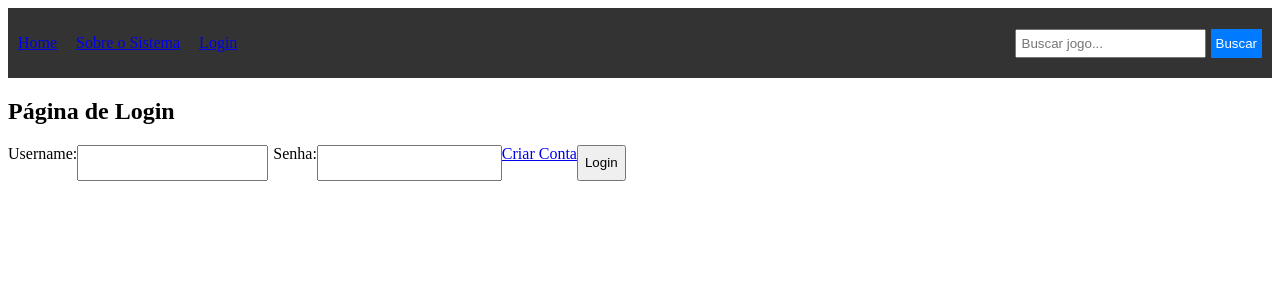
Repository: lucasparila/JogosEletronicos
Page: http://localhost/JogosEletronicos/view/login.jsp
These files come from the project's save history. The page is drawn as it stood at one moment and after the next save; the edit follows.
The browser window is 1280 px wide. The pictures show the whole page.
The page is served by Tomcat 9. Other server files are loaded and not shown.

Above is the page before, as saved 2025-05-17 18:10:04.

### JogosEletronicos/src/main/webapp/view/login.jsp
<%@ page contentType="text/html; charset=UTF-8" pageEncoding="UTF-8" %>
<!DOCTYPE html>
<html>
<head>
    <title>Cadastrar Jogo</title>
    <link rel="stylesheet" href="<%= request.getContextPath() %>/css/header.css">
</head>
<body>

<%
    String contextPath = ((HttpServletRequest) request).getContextPath();
%>

    <jsp:include page="header.jsp" />
    <h2 class="titulo-login">Página de Login</h2>

    <form class="form-login" action="<%= request.getContextPath() %>/login" method="post">
        <label>Username:</label>
        <input type="text" name="username" required><br><br> <!-- Correção aqui -->

        <label>Senha:</label>
        <input type="password" name="senha" required><br><br> <!-- Correção aqui -->

        <a href="<%= contextPath %>/view/criar-conta.jsp">Criar Conta</a>
        <input type="submit" value="Login">
    </form>

    <% String mensagem = (String) session.getAttribute("mensagem"); %>
<% if (mensagem != null) { %>
    <p style="color: red;"><%= mensagem %></p>
    <% session.removeAttribute("mensagem"); %> <!-- Remove após exibir -->
<% } %>
</body>
</html>

### JogosEletronicos/src/main/webapp/view/header.jsp
<%@ page contentType="text/html; charset=UTF-8" pageEncoding="UTF-8" session="true" %>
<!DOCTYPE html>
<html>
<head>
    <title>Header</title>
    <link rel="stylesheet" href="<%= request.getContextPath() %>/css/header.css">
</head>
<body>

<%
    String username = (String) session.getAttribute("username");
    String contextPath = request.getContextPath();
%>

<header>
    <nav>
        <ul>
            <li><a href="<%= contextPath %>/index.jsp">Home</a></li>
            <li><a href="<%= contextPath %>/view/sobre-sistema.jsp">Sobre o Sistema</a></li>

            <% if (username != null) { %>
                <li><p>Bem-vindo, <%= username %>!</p></li>
                <li><a href="<%= contextPath %>/logout">Sair</a></li>
            <% } else { %>
                <li><a href="<%= contextPath %>/view/login.jsp">Login</a></li>
            <% } %>
        </ul>
    </nav>

    <!-- Campo de busca -->
    <form action="<%= contextPath %>/buscar-jogo" method="post">
        <input type="text" name="titulo" placeholder="Buscar jogo..." required>
        <button type="submit">Buscar</button>
    </form>
</header>

</body>
</html>

### JogosEletronicos/src/main/webapp/css/header.css
header {
    background-color: #333;
    padding: 10px;
    display: flex;
    justify-content: space-between;
    align-items: center;
}
.saudacao{
	color: white;
    text-decoration: none;
    margin-left: 800px
}

.logout{
	color: white;
    text-decoration: none;
    margin-left: 900px
}
nav ul {
    list-style: none;
    padding: 0;
}
nav ul li {
    display: inline;
    margin-right: 15px;
}
nav ul li a p {
    color: white;
    text-decoration: none;
}
form {
    display: flex;
}
input[type="text"] {
    padding: 5px;
    margin-right: 5px;
}
button {
    padding: 5px;
    background-color: #007bff;
    color: white;
    border: none;
    cursor: pointer;
}

After the next save:
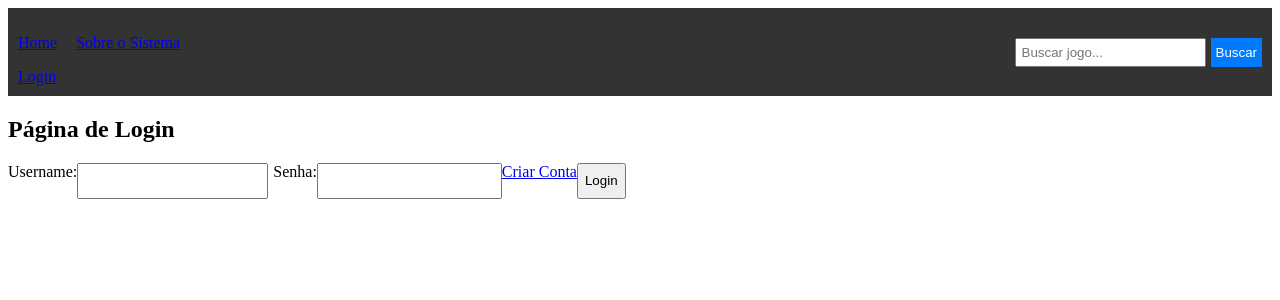
Saved 107 s later.
--- a/JogosEletronicos/src/main/webapp/view/header.jsp
+++ b/JogosEletronicos/src/main/webapp/view/header.jsp
@@ -13,22 +13,24 @@
 %>
 
 <header>
-    <nav>
-        <ul>
+    <nav class="navbar">
+        <ul class="menu">
             <li><a href="<%= contextPath %>/index.jsp">Home</a></li>
             <li><a href="<%= contextPath %>/view/sobre-sistema.jsp">Sobre o Sistema</a></li>
+        </ul>
 
+        <div class="user-section">
             <% if (username != null) { %>
-                <li><p>Bem-vindo, <%= username %>!</p></li>
-                <li><a href="<%= contextPath %>/logout">Sair</a></li>
+                <span class="saudacao">Bem-vindo, <%= username %>!</span>
+                <a href="<%= contextPath %>/logout" class="logout">Sair</a>
             <% } else { %>
-                <li><a href="<%= contextPath %>/view/login.jsp">Login</a></li>
+                <a href="<%= contextPath %>/view/login.jsp">Login</a>
             <% } %>
-        </ul>
+        </div>
     </nav>
 
     <!-- Campo de busca -->
-    <form action="<%= contextPath %>/buscar-jogo" method="post">
+    <form action="<%= contextPath %>/buscar-jogo" method="post" class="search-form">
         <input type="text" name="titulo" placeholder="Buscar jogo..." required>
         <button type="submit">Buscar</button>
     </form>
